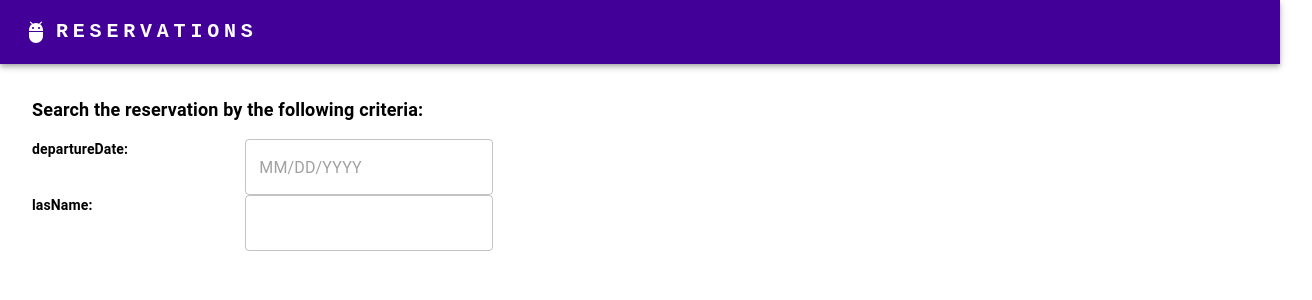
Repository: jbpadilha/reservationAWSRXJS
Page: /search
The author's editor kept a copy of each file at every save. The page is drawn from the files as they stood at one save, then again after the next save.
The browser window is 1280 px wide. The page is 1312 px wide, so the pictures cover 1312 px, including what lies to the right of the window. The pictures show the whole page.
The project was rebuilt for these pictures with package versions that can differ from the ones it lists, and the page was loaded fresh each time. Also part of the build but not shown: src/App.css.

Above is the page before, as saved 2023-07-11 20:16:43.

### src/index.tsx
import React, { Suspense } from "react";
import ReactDOM from "react-dom";
import { Provider } from "react-redux";
import { ThemeProvider } from "@mui/material/styles";
import "./index.css";
import { PersistGate } from "redux-persist/integration/react";
import { CircularProgress, LinearProgress } from "@mui/material";
import { persistStore } from "redux-persist";
import App from "./App";
import muiTheme from "./config/muiTheme";
import { store } from "./store/store";
import "./config/i18next";

<link rel="preconnect" href="https://fonts.googleapis.com" />;
<link rel="preconnect" href="https://fonts.gstatic.com" crossOrigin="" />;
<link
  href="https://fonts.googleapis.com/css2?family=Inter:wght@100;300;400;500;600;700&family=Roboto:ital,wght@0,300;0,400;0,500;0,700;1,400&display=swap"
  rel="stylesheet"
/>;
<link
  rel="stylesheet"
  href="https://fonts.googleapis.com/icon?family=Material+Icons"
/>;

// eslint-disable-next-line import/prefer-default-export
export const persistor = persistStore(store as any);

ReactDOM.render(
  <Provider store={store}>
    <PersistGate loading={<CircularProgress />} persistor={persistor}>
      <ThemeProvider theme={muiTheme}>
        <Suspense fallback={<LinearProgress />}>
          <App />
        </Suspense>
      </ThemeProvider>
    </PersistGate>
  </Provider>,
  document.getElementById("root") as HTMLElement,
);

### src/App.tsx
import React from "react";
import "./App.css";

import RoutesComponent from "./components/routes/RoutesComponent";

const App = () => (
  <div className="App">
    <RoutesComponent />
  </div>
);

export default App;

### src/config/muiTheme.ts
import { createTheme } from "@mui/material";

const muiTheme = createTheme({
  background: "white",
  breakpoints: {
    values: {
      xs: 0,
      sm: 600,
      md: 960,
      lg: 1440,
      xl: 1964,
    },
  },
  palette: {
    primary: {
      main: "#430099",
      dark: "#EB078C",
    },
    baseColor: "##430099",
    baseColorTxt: "#6c757d",
    lightGreyTxt: "#98a6ad",
    backgroundGray: "#F9F9F9",
    titleDarkRed: "#0B1B39",
    fontColorRed: "#EB078C",
  },
});

export default muiTheme;

### src/store/store.ts
import { configureStore } from "@reduxjs/toolkit";
import { persistReducer } from "redux-persist";
import sessionStorage from "redux-persist/lib/storage";
import reducers from "./reducers";

const persistConfig = {
  key: "root",
  storage: sessionStorage,
};

const persistedReducer = persistReducer(persistConfig, reducers);

export const store = configureStore({ reducer: persistedReducer });

// Infer the `RootState` and `AppDispatch` types from the store itself
export type RootState = ReturnType<typeof store.getState>;
// Inferred type: {posts: PostsState, comments: CommentsState, users: UsersState}
export type AppDispatch = typeof store.dispatch;

### src/config/i18next.ts
/* eslint-disable import/no-unresolved */
/* eslint-disable camelcase */
import i18next from "i18next";
import { initReactI18next } from "react-i18next";
import LanguageDetector from "i18next-browser-languagedetector";

import en from "./locales/eng.json";

const options = {
  // order and from where user language should be detected
  order: [
    "querystring",
    "cookie",
    "localStorage",
    "sessionStorage",
    "navigator",
    "htmlTag",
    "path",
    "subdomain",
  ],
};

const i18nOptions: any = {
  fallbackLng: "en",
  detection: options,
  debug: false,
  resources: {
    en: { translation: en },
  },
  interpolation: {
    escapeValue: false,
  },
  react: {
    bindI18n: "languageChanged",
    bindI18nStore: "",
    transEmptyNodeValue: "",
    transSupportBasicHtmlNodes: true,
    useSuspense: true,
    omitBoundRerender: false,
  },
};

i18next.use(LanguageDetector).use(initReactI18next).init(i18nOptions);

export default i18next;

### src/components/routes/RoutesComponent.tsx
import React from "react";
import { BrowserRouter, Route, Routes } from "react-router-dom";

const Main = React.lazy(() => import("../Main"));
const RoutesComponent = () => {
  return (
    <BrowserRouter>
      <Routes>
        <Route path="/" element={<Main />} />
        <Route path="*" element={<Main />} />
      </Routes>
    </BrowserRouter>
  );
};
export default RoutesComponent;

### src/store/reducers.ts
import { combineReducers } from "redux";
import genericReducer from "./genericReducer";

export default combineReducers({
  reservations: genericReducer,
});

### src/config/locales/eng.json
{
    "departureDate": "departureDate",
    "lasName": "lasName"
}

### src/components/Main.tsx
import React from "react";
import { Grid } from "@mui/material";
import Header from "./Header";
import MainRoutes from "./routes/MainRoutes";

const Main = () => {
  return (
    <Grid
      container
      sx={{ width: "100%", height: "100%", flexDirection: "row" }}
    >
      <Grid component="header" item xs={12} sx={{ fontSize: 24 }}>
        <Header />
      </Grid>
      <Grid item xs={12} component="main">
        <MainRoutes />
      </Grid>
    </Grid>
  );
};

export default Main;

### src/store/genericReducer.ts
/* eslint-disable default-param-last */
import { Action, State } from "../interfaces/interfaces";
import { GenericActions } from "./genericActions";

const initialState: State = {
  openMessageModal: false,
  typeMessage: "info",
  messageModal: "",
  loading: false,
};
const genericReducer = (
  state: State = initialState,
  { type, payload }: Action,
): any => {
  switch (type) {
    case GenericActions.CLOSE_MESSAGE_MODAL:
      return {
        ...state,
        openMessageModal: false,
        messageModal: null,
        typeMessage: "info",
      };
    case GenericActions.INFO_MESSAGE_MODAL:
      return {
        ...state,
        openMessageModal: true,
        messageModal: payload,
        typeMessage: "info",
      };
    case GenericActions.SUCCESS_MESSAGE_MODAL:
      return {
        ...state,
        openMessageModal: true,
        messageModal: payload,
        typeMessage: "success",
      };
    case GenericActions.FAIL_MESSAGE_MODAL:
      return {
        ...state,
        openMessageModal: true,
        messageModal: payload,
        typeMessage: "error",
      };
    case GenericActions.API_GENERIC_SUCCESS: {
      switch (payload?.actionType) {
        default:
          return state;
      }
    }
    case GenericActions.API_GENERIC_ERROR: {
      switch (payload?.actionType) {
        default:
          return state;
      }
    }
    default:
      return state;
  }
};

export default genericReducer;

### src/components/Header.tsx
import React from "react";
import { AppBar, Toolbar, Typography } from "@mui/material";
import Container from "@mui/material/Container";
import AdbIcon from "@mui/icons-material/Adb";

const Header = () => {
  return (
    <AppBar position="static">
      <Container maxWidth="xl">
        <Toolbar disableGutters>
          <AdbIcon sx={{ display: { xs: "none", md: "flex" }, mr: 1 }} />
          <Typography
            variant="h6"
            noWrap
            component="a"
            href="/"
            sx={{
              mr: 2,
              display: { xs: "none", md: "flex" },
              fontFamily: "monospace",
              fontWeight: 700,
              letterSpacing: ".3rem",
              color: "inherit",
              textDecoration: "none",
            }}
          >
            RESERVATIONS
          </Typography>
        </Toolbar>
      </Container>
    </AppBar>
  );
};

export default Header;

### src/components/routes/MainRoutes.tsx
import { Suspense } from "react";
import { LinearProgress } from "@mui/material";
import { Route, Routes } from "react-router-dom";
import { MultiRoutes } from "../../interfaces/interfaces";
import generalRoutes from "./generalRoutes";

const MainRoutes = () => {
  const routes: MultiRoutes[] = [];
  routes.push(...generalRoutes);

  return (
    <Suspense fallback={<LinearProgress />}>
      <Routes>
        {routes.map((route: MultiRoutes) => (
          <Route key={route.key} path={route.path} element={route.element} />
        ))}
      </Routes>
    </Suspense>
  );
};

export default MainRoutes;

### src/store/genericActions.ts
import { Action } from "../interfaces/interfaces";

export const GenericActions = {
  API_GENERIC_SUCCESS: "API_GENERIC_SUCCESS",
  API_GENERIC_ERROR: "API_GENERIC_ERROR",
  CLOSE_MESSAGE_MODAL: "CLOSE_MESSAGE_MODAL",
  SUCCESS_MESSAGE_MODAL: "SUCCESS_MESSAGE_MODAL",
  FAIL_MESSAGE_MODAL: "FAIL_MESSAGE_MODAL",
  INFO_MESSAGE_MODAL: "INFO_MESSAGE_MODAL",
};

// Generic Api Response Generic Action
export const apiResponseSuccess = (
  actionType: string,
  payload: Action,
): Action => ({
  type: actionType,
  payload: { actionType: payload.type, data: payload.payload },
});

export const apiResponseError = (
  actionType: string,
  payload: Action,
): Action => ({
  type: actionType,
  payload: { actionType: payload.type, data: payload.error },
});

export const infoMessageModal = (message: string): Action => ({
  type: GenericActions.INFO_MESSAGE_MODAL,
  payload: message,
});

export const successMessageModal = (message: string): Action => ({
  type: GenericActions.SUCCESS_MESSAGE_MODAL,
  payload: message,
});

export const failMessageModal = (message: string): Action => ({
  type: GenericActions.FAIL_MESSAGE_MODAL,
  payload: message,
});

export const closeMessageModal = (): Action => ({
  type: GenericActions.CLOSE_MESSAGE_MODAL,
  payload: false,
});

### src/components/routes/generalRoutes.tsx
import React from "react";
import { MultiRoutes } from "../../interfaces/interfaces";

const SearchReservations = React.lazy(() => import("../SearchReservations"));

const generalRoutes: MultiRoutes[] = [
  {
    path: "/search",
    key: "SearchReservations",
    element: <SearchReservations />,
  },
];

export default generalRoutes;

### src/components/SearchReservations.tsx
/* eslint-disable no-unused-vars */
/* eslint-disable @typescript-eslint/no-unused-vars */
import React, { useState } from "react";
import { Grid, TextField, Typography } from "@mui/material";
import { useTranslation } from "react-i18next";
import { DatePicker } from "@mui/x-date-pickers/DatePicker";
import { LocalizationProvider } from "@mui/x-date-pickers";
import { AdapterDayjs } from "@mui/x-date-pickers/AdapterDayjs";

const SearchReservations = () => {
  const { t } = useTranslation();
  const [msgErr, setMsgErr] = useState<Map<string, string>>(new Map());

  return (
    <LocalizationProvider dateAdapter={AdapterDayjs}>
      <Grid container sx={{ top: 10, margin: 4 }}>
        <Grid item xs={12}>
          <Typography sx={{ fontSize: 18, fontWeight: "bold" }}>
            Search the reservation by the following criteria:
          </Typography>
        </Grid>
        <Grid item xs={12} sx={{ marginTop: 2 }}>
          <Grid container>
            <Grid item xs={2}>
              <Typography sx={{ fontSize: 14, fontWeight: "bold" }}>
                {t("departureDate")}:
              </Typography>
            </Grid>
            <Grid item xs={10}>
              <DatePicker />
            </Grid>
            <Grid item xs={2}>
              <Typography sx={{ fontSize: 14, fontWeight: "bold" }}>
                {t("lasName")}:
              </Typography>
            </Grid>
            <Grid item xs={10}>
              <TextField  />
            </Grid>
          </Grid>
        </Grid>
      </Grid>
    </LocalizationProvider>
  );
};

export default SearchReservations;

Loaded but not shown: public/index.html (common file); src/index.css (common file)

After the next save:
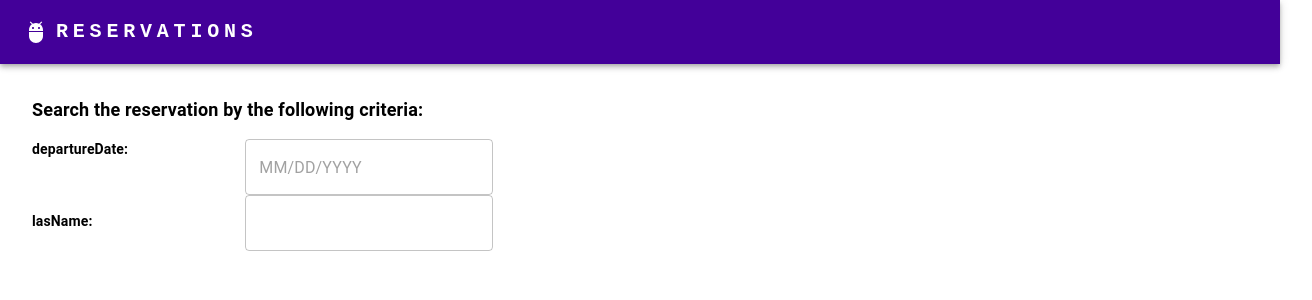
Saved 17 s later.
--- a/src/components/SearchReservations.tsx
+++ b/src/components/SearchReservations.tsx
@@ -29,7 +29,7 @@ const SearchReservations = () => {
             <Grid item xs={10}>
               <DatePicker />
             </Grid>
-            <Grid item xs={2}>
+            <Grid item xs={2} sx={{ marginTop: 2 }}>
               <Typography sx={{ fontSize: 14, fontWeight: "bold" }}>
                 {t("lasName")}:
               </Typography>
